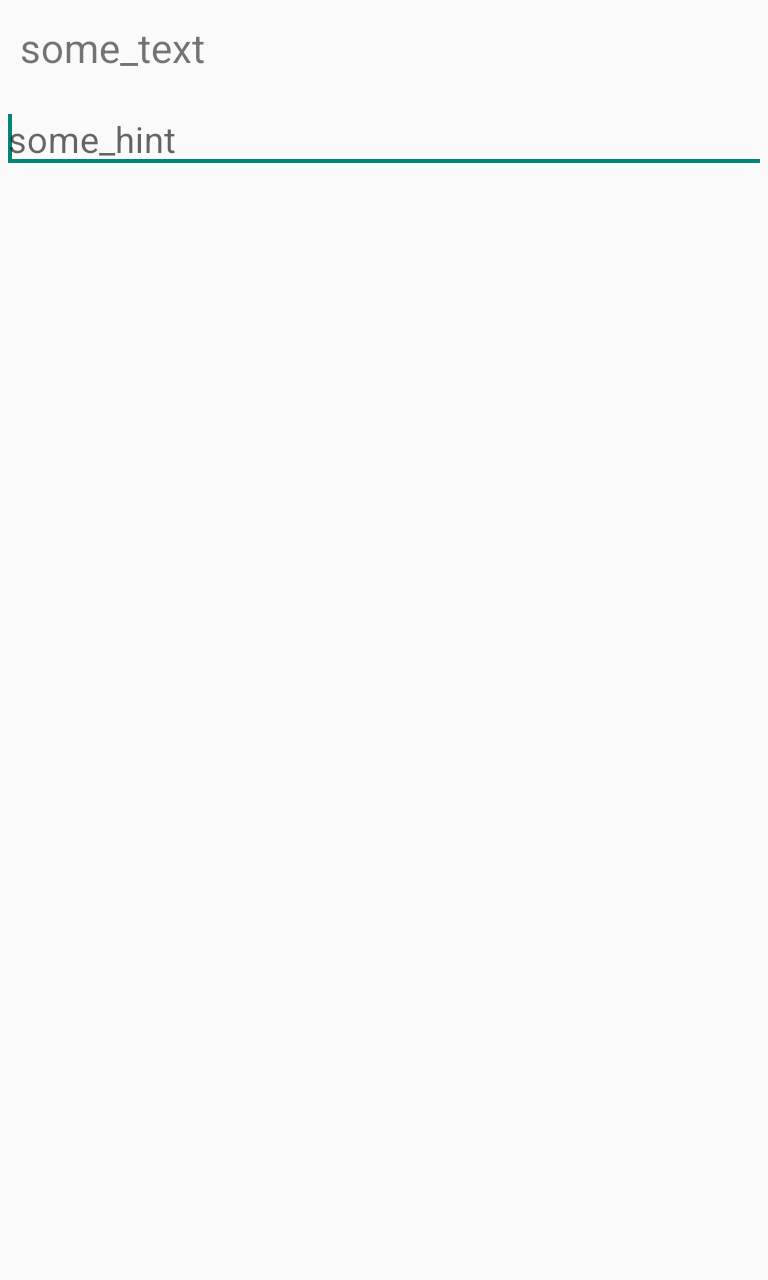
Repository: vipinvkamara/Database
Layout: CursorAdapter/res/layout/country_info.xml
The author's editor kept a copy of each file at every save. The layout is drawn from the files as they stood at one save, then again after the next save.
It is drawn on a 768 x 1280 px phone screen (xhdpi) without system bars, with theme AppTheme; the app's code is not run. Lists and similar views that code fills are empty.

Above is the layout before, as saved 2015-02-12 05:33:17.

### CursorAdapter/res/layout/country_info.xml
<LinearLayout xmlns:android="http://schemas.android.com/apk/res/android"
    xmlns:tools="http://schemas.android.com/tools"
    android:layout_width="match_parent"
    android:layout_height="match_parent"
    android:orientation="vertical"
    tools:context="com.example.cursoradapter.MainActivity" >

    <TextView
        android:layout_width="fill_parent"
        android:layout_height="wrap_content"
        android:padding="10dp"
        android:text="some_text"
        android:textSize="20sp" />

    <EditText
        android:id="@+id/myFilter"
        android:layout_width="match_parent"
        android:layout_height="wrap_content"
        android:ems="10"
        android:hint="some_hint" >

        <requestFocus />
    </EditText>

    <ListView
        android:id="@+id/listView1"
        android:layout_width="fill_parent"
        android:layout_height="fill_parent" />

</LinearLayout>

Loaded but not shown: CursorAdapter/res/values/styles.xml (common file); CursorAdapter/res/values-v11/styles.xml (common file); CursorAdapter/res/values-v14/styles.xml (common file)

After the next save:
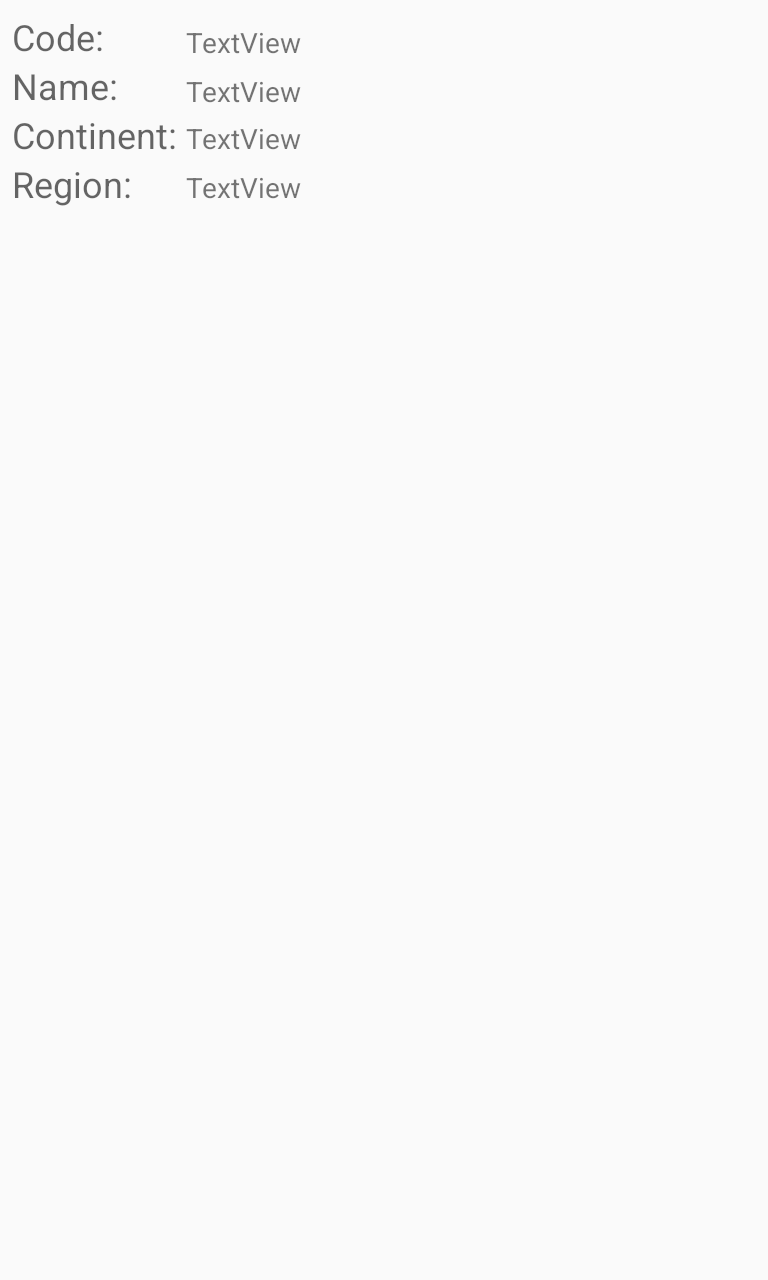
Saved 108 s later.
--- a/CursorAdapter/res/layout/country_info.xml
+++ b/CursorAdapter/res/layout/country_info.xml
@@ -1,30 +1,79 @@
-<LinearLayout xmlns:android="http://schemas.android.com/apk/res/android"
+<RelativeLayout xmlns:android="http://schemas.android.com/apk/res/android"
     xmlns:tools="http://schemas.android.com/tools"
-    android:layout_width="match_parent"
-    android:layout_height="match_parent"
+    android:layout_width="fill_parent"
+    android:layout_height="wrap_content"
     android:orientation="vertical"
+    android:padding="6dip"
     tools:context="com.example.cursoradapter.MainActivity" >
 
     <TextView
-        android:layout_width="fill_parent"
+        android:id="@+id/textView1"
+        android:layout_width="wrap_content"
         android:layout_height="wrap_content"
-        android:padding="10dp"
-        android:text="some_text"
-        android:textSize="20sp" />
+        android:layout_alignParentLeft="true"
+        android:layout_alignParentTop="true"
+        android:text="Code: "
+        android:textAppearance="?android:attr/textAppearanceMedium" />
 
-    <EditText
-        android:id="@+id/myFilter"
-        android:layout_width="match_parent"
+    <TextView
+        android:id="@+id/textView2"
+        android:layout_width="wrap_content"
         android:layout_height="wrap_content"
-        android:ems="10"
-        android:hint="some_hint" >
+        android:layout_alignLeft="@+id/textView1"
+        android:layout_below="@+id/textView1"
+        android:text="Name: "
+        android:textAppearance="?android:attr/textAppearanceMedium" />
 
-        <requestFocus />
-    </EditText>
+    <TextView
+        android:id="@+id/textView3"
+        android:layout_width="wrap_content"
+        android:layout_height="wrap_content"
+        android:layout_alignLeft="@+id/textView2"
+        android:layout_below="@+id/textView2"
+        android:text="Continent: "
+        android:textAppearance="?android:attr/textAppearanceMedium" />
 
-    <ListView
-        android:id="@+id/listView1"
-        android:layout_width="fill_parent"
-        android:layout_height="fill_parent" />
+    <TextView
+        android:id="@+id/textView4"
+        android:layout_width="wrap_content"
+        android:layout_height="wrap_content"
+        android:layout_alignLeft="@+id/textView3"
+        android:layout_below="@+id/textView3"
+        android:text="Region: "
+        android:textAppearance="?android:attr/textAppearanceMedium" />
 
-</LinearLayout>
+    <TextView
+        android:id="@+id/continent"
+        android:layout_width="wrap_content"
+        android:layout_height="wrap_content"
+        android:layout_alignBaseline="@+id/textView3"
+        android:layout_alignBottom="@+id/textView3"
+        android:layout_toRightOf="@+id/textView3"
+        android:text="TextView" />
+
+    <TextView
+        android:id="@+id/region"
+        android:layout_width="wrap_content"
+        android:layout_height="wrap_content"
+        android:layout_alignBaseline="@+id/textView4"
+        android:layout_alignBottom="@+id/textView4"
+        android:layout_alignLeft="@+id/continent"
+        android:text="TextView" />
+
+    <TextView
+        android:id="@+id/name"
+        android:layout_width="wrap_content"
+        android:layout_height="wrap_content"
+        android:layout_above="@+id/textView3"
+        android:layout_toRightOf="@+id/textView3"
+        android:text="TextView" />
+
+    <TextView
+        android:id="@+id/code"
+        android:layout_width="wrap_content"
+        android:layout_height="wrap_content"
+        android:layout_above="@+id/textView2"
+        android:layout_alignLeft="@+id/name"
+        android:text="TextView" />
+
+</RelativeLayout>
